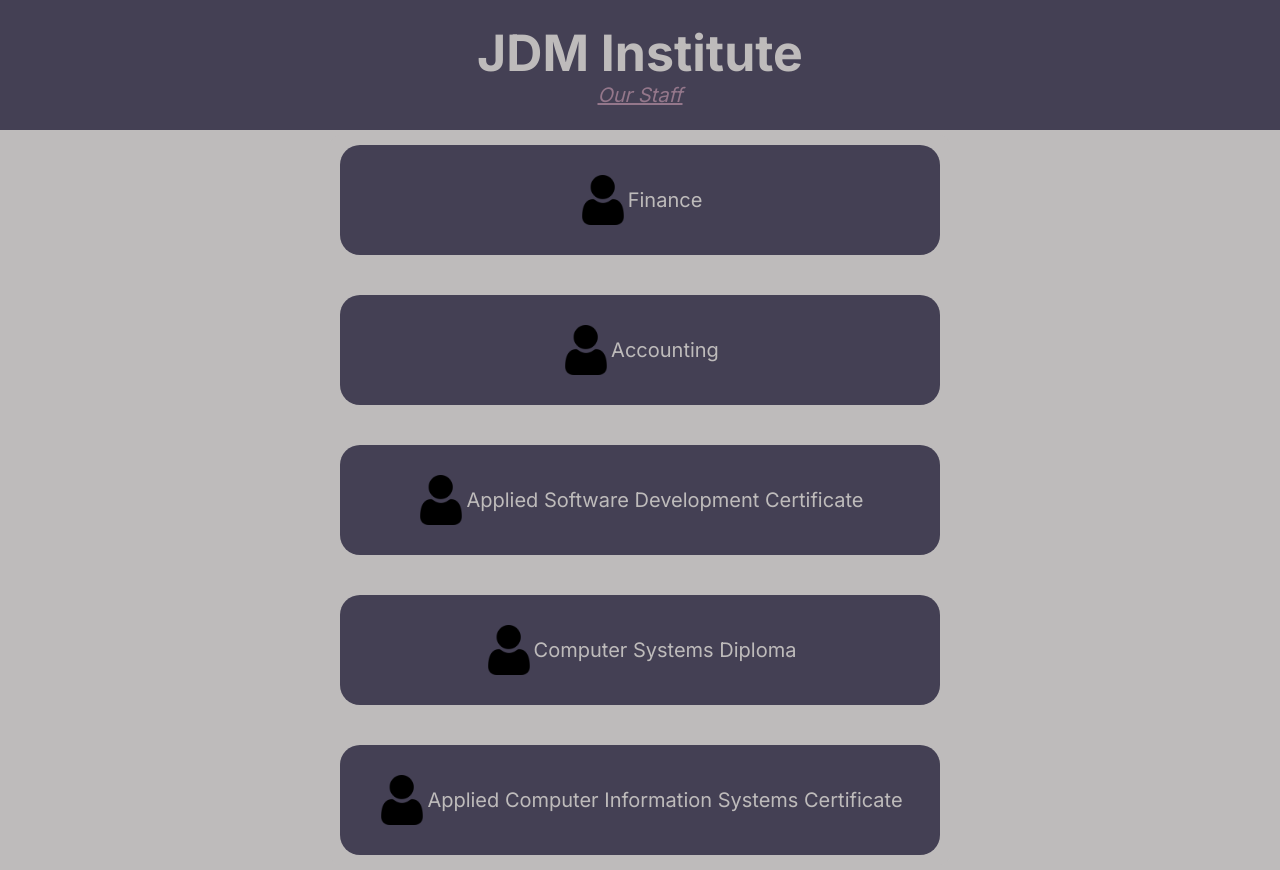
Repository: jennydmcm/class03practice
Page: /
These files come from the project's save history. The page is drawn as it stood at one moment and after the next save; the edit follows.
The browser window is 1280 px wide. The pictures show the whole page.
The project was rebuilt for these pictures with package versions that can differ from the ones it lists, and the page was loaded fresh each time. The framework's server and built-in components were replaced by stand-ins that run in the browser. Also part of the build but not shown: next.config.js.

Above is the page before, as saved 2023-01-25 12:41:34.

### pages/index.js
import Head from 'next/head'
import Image from 'next/image'
import { Inter } from '@next/font/google'
import styles from '@/styles/Home.module.css'
import data from '../data/education.json'
import { useState } from 'react'
import Card from '@/components/Card/index'
import Link from 'next/link'


const inter = Inter({ subsets: ['latin'] })

export default function Home() {
  const [information, setInformation] = useState([...data])

  return (
    <>
      <Head>
        <title>JDM Institute</title>
        <meta name="description" content="Generated by create next app" />
        <meta name="viewport" content="width=device-width, initial-scale=1" />
        <link rel="icon" href="/favicon.ico" />
      </Head>
      <main className={styles.main}>
        <div className={styles.navbar}>
          <div className={styles.navtitle}>JDM Institute</div>
          <div className={styles.navbutton}>
            <Link className={styles.link} href="about">Our Staff</Link>
          </div>
        </div>

      <div className={styles.cards}>
        {
          information && information.map((info, index) => {
            if(info.department.toLowerCase() === "business"){
              return (
                <Card
                  key={index}
                  degree={info.degree}
                  gpa={info.gpa}
                  colourCard="#FAC9B8"
                  colourInfo="#3FAC9B8"
                  font="50px"
                  fontColour="#132A13"

                />
              )
            }
          })
        }

        {
          information && information.map((info, index) => {
            if(info.department.toLowerCase() === "computing"){
              return (
                <Card
                  key={index}
                  degree={info.degree}
                  gpa={info.gpa}
                  colourCard="#FAC9B8"
                  colourInfo="#FAC9B8"
                  font="50px"
                  fontColour="#132A13"

                />
              )
            }
          })
        }
        </div>
      </main>
    </>
  )
      }

### styles/Home.module.css
.main {
  display: flex;
  flex-direction: column;
  justify-content: space-between;
  align-items: center;
  background-color: #BEBBBB;
}



.navbar{
  display: flex;
  flex-direction: column;
  width: 100%;
  height: 130px;
  background-color: #444054;
  justify-content: center;
  align-items: center;

}

.navtitle{
  font-size: 50px;
  font-weight: bold;
  font-family: 'Inter';
  color: #BEBBBB;
}
.link{
  font-size: 20px;
  font-family: 'Inter';
  color: #94778B;
  font-style: italic;
  text-decoration: underline;
}
.cards{
  display: flex;
  flex-direction: column;
  align-items: center;
  margin: 5px;
  gap: 20px;
  min-height: 100vh;
  background-color: #BEBBBB;
  justify-content: space-between;
  font-family: 'Inter';
  border-radius: 10px;
  color: #BEBBBB;
}


.description {
  display: inherit;
  justify-content: inherit;
  align-items: inherit;
  font-size: 1rem;
  max-width: var(--max-width);
  width: 100%;
  z-index: 2;
  font-family: var(--font-mono);
}

.description a {
  display: flex;
  justify-content: center;
  align-items: center;
  gap: 1rem;
}

.description p {
  position: relative;
  margin: 0;
  padding: 1rem;
  background-color: rgba(var(--callout-rgb), 0.5);
  border: 1px solid rgba(var(--callout-border-rgb), 0.3);
  border-radius: var(--border-radius);
}

.code {
  font-weight: 700;
  font-family: var(--font-mono);
}

.grid {
  display: grid;
  grid-template-columns: repeat(4, minmax(25%, auto));
  width: var(--max-width);
  max-width: 100%;
}

.card {
  padding: 1rem 1.2rem;
  border-radius: var(--border-radius);
  background: rgba(var(--card-rgb), 0);
  border: 1px solid rgba(var(--card-border-rgb), 0);
  transition: background 200ms, border 200ms;
}

.card span {
  display: inline-block;
  transition: transform 200ms;
}

.card h2 {
  font-weight: 600;
  margin-bottom: 0.7rem;
}

.card p {
  margin: 0;
  opacity: 0.6;
  font-size: 0.9rem;
  line-height: 1.5;
  max-width: 30ch;
}

.center {
  display: flex;
  justify-content: center;
  align-items: center;
  position: relative;
  padding: 4rem 0;
}

.center::before {
  background: var(--secondary-glow);
  border-radius: 50%;
  width: 480px;
  height: 360px;
  margin-left: -400px;
}

.center::after {
  background: var(--primary-glow);
  width: 240px;
  height: 180px;
  z-index: -1;
}

.center::before,
.center::after {
  content: '';
  left: 50%;
  position: absolute;
  filter: blur(45px);
  transform: translateZ(0);
}

.logo,
.thirteen {
  position: relative;
}

.thirteen {
  display: flex;
  justify-content: center;
  align-items: center;
  width: 75px;
  height: 75px;
  padding: 25px 10px;
  margin-left: 16px;
  transform: translateZ(0);
  border-radius: var(--border-radius);
  overflow: hidden;
  box-shadow: 0px 2px 8px -1px #0000001a;
}

.thirteen::before,
.thirteen::after {
  content: '';
  position: absolute;
  z-index: -1;
}

/* Conic Gradient Animation */
.thirteen::before {
  animation: 6s rotate linear infinite;
  width: 200%;
  height: 200%;
  background: var(--tile-border);
}

/* Inner Square */
.thirteen::after {
  inset: 0;
  padding: 1px;
  border-radius: var(--border-radius);
  background: linear-gradient(
    to bottom right,
    rgba(var(--tile-start-rgb), 1),
    rgba(var(--tile-end-rgb), 1)
  );
  background-clip: content-box;
}

/* Enable hover only on non-touch devices */
@media (hover: hover) and (pointer: fine) {
  .card:hover {
    background: rgba(var(--card-rgb), 0.1);
    border: 1px solid rgba(var(--card-border-rgb), 0.15);
  }

  .card:hover span {
    transform: translateX(4px);
  }
}

@media (prefers-reduced-motion) {
  .thirteen::before {
    animation: none;
  }

  .card:hover span {
    transform: none;
  }
}

/* Mobile */
@media (max-width: 700px) {
  .content {
    padding: 4rem;
  }

  .grid {
    grid-template-columns: 1fr;
    margin-bottom: 120px;
    max-width: 320px;
    text-align: center;
  }

  .card {
    padding: 1rem 2.5rem;
  }

  .card h2 {
    margin-bottom: 0.5rem;
  }

  .center {
    padding: 8rem 0 6rem;
  }

  .center::before {
    transform: none;
    height: 300px;
  }

  .description {
    font-size: 0.8rem;
  }

  .description a {
    padding: 1rem;
  }

  .description p,
  .description div {
    display: flex;
    justify-content: center;
    position: fixed;
    width: 100%;
  }

  .description p {
    align-items: center;
    inset: 0 0 auto;
    padding: 2rem 1rem 1.4rem;
    border-radius: 0;
    border: none;
    border-bottom: 1px solid rgba(var(--callout-border-rgb), 0.25);
    background: linear-gradient(
      to bottom,
      rgba(var(--background-start-rgb), 1),
      rgba(var(--callout-rgb), 0.5)
    );
    background-clip: padding-box;
    backdrop-filter: blur(24px);
  }

  .description div {
    align-items: flex-end;
    pointer-events: none;
    inset: auto 0 0;
    padding: 2rem;
    height: 200px;
    background: linear-gradient(
      to bottom,
      transparent 0%,
      rgb(var(--background-end-rgb)) 40%
    );
    z-index: 1;
  }
}

/* Tablet and Smaller Desktop */
@media (min-width: 701px) and (max-width: 1120px) {
  .grid {
    grid-template-columns: repeat(2, 50%);
  }
}

@media (prefers-color-scheme: dark) {
  .vercelLogo {
    filter: invert(1);
  }

  .logo,
  .thirteen img {
    filter: invert(1) drop-shadow(0 0 0.3rem #ffffff70);
  }
}

@keyframes rotate {
  from {
    transform: rotate(360deg);
  }
  to {
    transform: rotate(0deg);
  }
}

### data/education.json
[
        {
            "studentNumber": "A0004567",
            "firstName": "Person 1",
            "gpa": 3.8,
            "department": "Business",
            "degree": "Finance",
            "graduated": 2014
        },
        {
            "studentNumber": "A0001234",
            "firstName": "Person 2",
            "gpa": 3.5,
            "department": "Business",
            "degree": "Accounting",
            "graduated": 2010
        },
        {
            "studentNumber": "A0007890",
            "firstName": "Person 3",
            "gpa": 3.2,
            "department": "Computing",
            "degree": "Applied Software Development Certificate",
            "graduated": 2018
        },
        {
            "studentNumber": "A0007828",
            "firstName": "Person 4",
            "gpa": 3.9,
            "department": "Computing",
            "degree": "Computer Systems Diploma",
            "graduted": 2021
        },
        {
            "studentNumber": "A0003425",
            "firstName": "Person 5",
            "gpa": 3.2,
            "department": "Computing",
            "degree": "Applied Computer Information Systems Certificate",
            "graduated": 2021
        }
]

### components/Card/index.js
export default function Card({
    degree="none",
    colour="#444054",
    font="0",
    image="icon/personTwo.png",

}) {
    return(
        <div style={{
            backgroundColor: colour,
            fontSize:"20px",
            padding:"30px",
            borderRadius:"20px",
            display:"flex",
            flexDirection:"row",
            justifyContent:"center",
            alignItems:"center",
            margin:"10px",
            width:"600px"






            }}>
            {
                colour === "#94778B" ?    <img src={'icon/person.png'} width='50'/> :
                colour === "#94778B" ?   <img src={'icon/personThree.png'} width='50' /> :
                                    <img src={image} width='50'/>
            }
            {degree}
        </div>
    )
}

Loaded but not shown: pages/_app.js (common file); pages/_document.js (common file); styles/globals.css (common file)

After the next save:
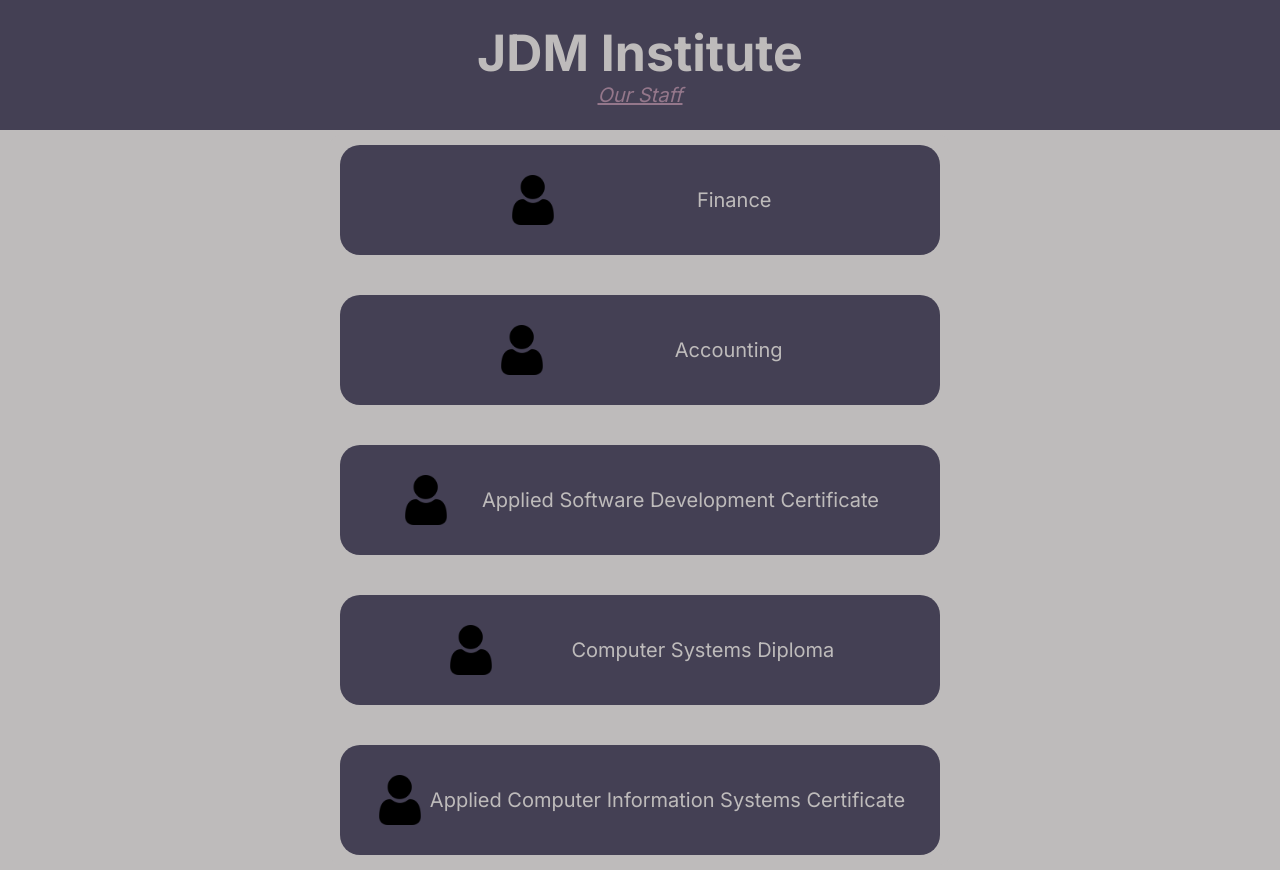
Saved 29 s later.
--- a/components/Card/index.js
+++ b/components/Card/index.js
@@ -13,7 +13,7 @@ export default function Card({
             borderRadius:"20px",
             display:"flex",
             flexDirection:"row",
-            justifyContent:"center",
+            justifyContent:"space-evenly",
             alignItems:"center",
             margin:"10px",
             width:"600px"
